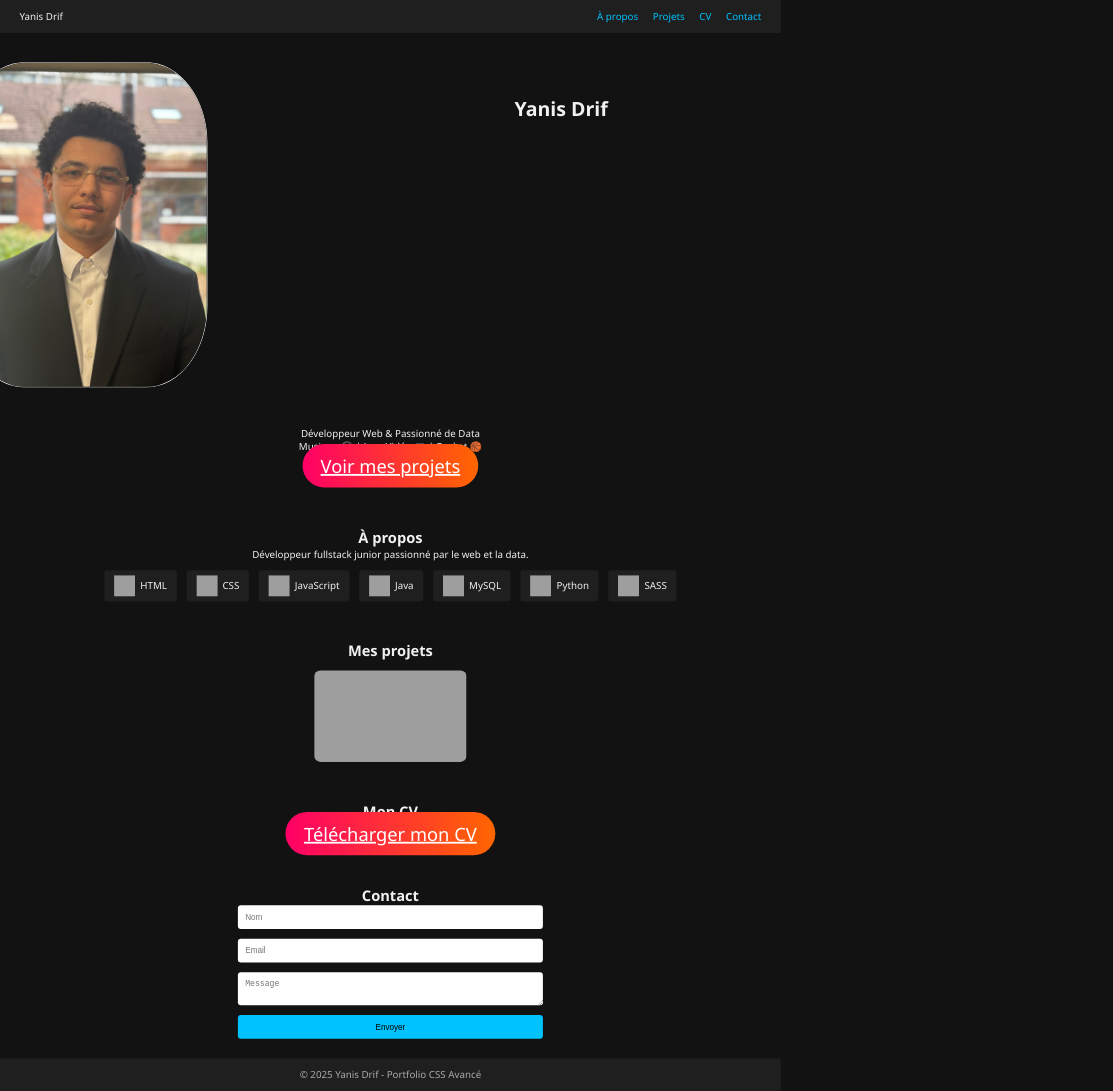
Repository: Yxniiss/ProjetCssAvance
Page: OneDrive/Bureau/Portfolio DrifYanis/home.html
These files come from the project's save history. The page is drawn as it stood at one moment and after the next save; the edit follows.
The browser window is 1280 px wide. The page is 1544 px wide, then 1824 px, then 1544 px, so the pictures cover 1824 px, including what lies to the right of the window. The pictures show the whole page, at 61% of full size.
Pictures or frames that could not be fetched are drawn as grey boxes.

Above is the page before, as saved 2025-04-10 10:30:07.
Console error: TypeError: Cannot set properties of null (setting 'textContent')

### OneDrive/Bureau/Portfolio DrifYanis/home.html
<!DOCTYPE html>
<html lang="fr">
<head>
  <meta charset="UTF-8" />
  <meta name="viewport" content="width=device-width, initial-scale=1.0" />
  <title>Portfolio - Yanis Drif</title>
  <link rel="stylesheet" href="/style.css" />
  <script defer src="/script.js"></script>
</head>
<body>
  <nav class="navbar">
    <div class="logo">Yanis Drif</div>
    <ul class="nav-links">
      <li><a href="#apropos">À propos</a></li>
      <li><a href="#projets">Projets</a></li>
      <li><a href="#cv">CV</a></li>
      <li><a href="#contact">Contact</a></li>
    </ul>
  </nav>

  <header class="hero">
    <div class="hero__content">
      <img src="/image/IMG_0965 (2).jpeg" alt="Photo de profil" class="hero__image" />
      <h1 class="hero__name">Yanis Drif</h1>
      <p class="hero__tagline">Développeur <span>Web</span> & Passionné de Data</p>
      <p class="hero__desc">Musique 🎧 | Jeux Vidéo 🎮 | Basket 🏀</p>
      <a href="#projets" class="btn">Voir mes projets</a>
    </div>
  </header>

  <section id="apropos" class="section about">
    <h2>À propos</h2>
    <p>Développeur fullstack junior passionné par le web et la data.</p>
    <div class="skills">
      <div class="skill"><img src="https://devicon-website.vercel.app/api/html5/original-wordmark.svg" alt="HTML">HTML</div>
      <div class="skill"><img src="https://devicon-website.vercel.app/api/css3/original-wordmark.svg" alt="CSS">CSS</div>
      <div class="skill"><img src="https://devicon-website.vercel.app/api/javascript/original.svg" alt="JavaScript">JavaScript</div>
      <div class="skill"><img src="https://devicon-website.vercel.app/api/java/original-wordmark.svg" alt="Java">Java</div>
      <div class="skill"><img src="https://devicon-website.vercel.app/api/mysql/plain-wordmark.svg" alt="MySQL">MySQL</div>
      <div class="skill"><img src="https://devicon-website.vercel.app/api/python/original-wordmark.svg" alt="Python">Python</div>
      <div class="skill"><img src="https://devicon-website.vercel.app/api/sass/original.svg" alt="SASS">SASS</div>
    </div>
  </section>

  <section id="projets" class="section projets">
    <h2>Mes projets</h2>
    <div class="projects carousel">
      <img src="img/Capture d'écran 2025-04-09 23345.png" alt="Projet 1"/>
      <img src="/img/Capture d'écran 2025-04-09 12402 (1).png" alt="Projet 2" />
      <img src="/img/ChatGPT Image 9 avr. 2025, 23_49_51.png" alt="Projet 3" />
    </div>
  </section>

  <section id="cv" class="section cv">
    <h2>Mon CV</h2>
    <a href="/doc/CV Yanis (1) (1).pdf" download class="btn">Télécharger mon CV</a>
  </section>

  <section id="contact" class="section contact">
    <h2>Contact</h2>
    <form class="contact-form">
      <input type="text" placeholder="Nom" required />
      <input type="email" placeholder="Email" required />
      <textarea placeholder="Message" required></textarea>
      <button type="submit">Envoyer</button>
    </form>
  </section>

  <footer>
    <p>&copy; 2025 Yanis Drif - Portfolio CSS Avancé</p>
  </footer>
</body>
</html>

### OneDrive/Bureau/Portfolio DrifYanis/style.css
* {
    margin: 0;
    padding: 0;
    box-sizing: border-box;
  }

  body {
    font-family: "Segoe UI", sans-serif;
    background-color: #121212;
    color: #f1f1f1;
  }

  .navbar {
    display: flex;
    justify-content: space-between;
    padding: 1rem 2rem;
    background-color: #1f1f1f;
  }

  .nav-links {
    display: flex;
    list-style: none;
    gap: 1.5rem;
  }

  .nav-links a {
    color: #00c2ff;
    text-decoration: none;
  }

  .hero {
    padding: 3rem 1rem;
    text-align: center;

  }

  .hero__name{
    position: relative;
    left: 280px;
    bottom:500px;

  }

  .hero__image {
    border-radius: 25%;
    width: 400px;
    border: 1px solid #ffffff;
    margin-bottom: 1rem;
    position: relative;
    right:500px ;
  }

  .section {
    padding: 2rem 1rem;
    text-align: center;
  }

  .projects {
    display: flex;
    justify-content: center;
    gap: 1rem;
    flex-wrap: wrap;
    margin-top: 1rem;
  }

  .projects img {
    width: 250px;
    height: 150px;
    -o-object-fit: cover;
       object-fit: cover;
    border-radius: 10px;
  }

  .skills {
    display: flex;
    flex-wrap: wrap;
    gap: 1rem;
    justify-content: center;
    margin-top: 1rem;
  }

  .skill {
    display: flex;
    align-items: center;
    gap: 0.5rem;
    background-color: #1f1f1f;
    padding: 0.5rem 1rem;
    border-radius: 5px;
  }

  .skill img {
    width: 35px;
    height: 35px;
  }

  footer {
    padding: 1rem;
    text-align: center;
    background-color: #1f1f1f;
    color: #aaa;
  }

  .btn {
    padding: 15px 30px;
    font-size: 30px;
    color:white;
    background: linear-gradient(90deg, #ff0066, #ff6600);
    border:none;
    border-radius: 50px;
    cursor: pointer;
    box-shadow: 0 4px 15px rgba(255,0,102,0);
    transition: box-shadow 0.3s ease, transform 0.3s ease;
  }

  .btn:hover{
    box-shadow: 0 10px 20px rgba(255,0,102,0.5);
    transform: translateY(-3px);
  }

  .contact-form {
    max-width: 500px;
    margin: auto;
    display: flex;
    flex-direction: column;
    gap: 1rem;
  }

  .contact-form input,
  .contact-form textarea {
    padding: 0.75rem;
    border: none;
    border-radius: 5px;
  }

  .contact-form button {
    background-color: #00c2ff;
    color: #000;
    padding: 0.75rem;
    border: none;
    border-radius: 5px;
    cursor: pointer;
  }

  .start h1{
    text-align: left;
    margin-top: 100px;
    font-size: 35px;
    margin-left: 100px;
  }

  .start h2{
    text-align: left;
    margin-top: 1px;
    font-size: 70px;
    margin-left: 100px;
  }

  .start h3{
    text-align: left;
    margin-top: 1px;
    font-size: 35px;
    margin-left: 100px;
  }

  #mot {
    color:#00c2ff;
  }

  #cursor{
    display: inline-block;
    width: 10px;
    background-color:black;
    animation: blink 0.8s step-end infinite;
  }

  @keyframes blink{
    50% {
      opacity: 0;
    }
  }

  @keyframes typing{
    from{
      width: 0;
    }
    to{
      width: 100%;
    }
  }

  #main{
    opacity: 0;
    transform: translateY(0);
    transition: opacity 5s ease, transform 5s ease;
  }

  body.loaded #main{
    opacity: 1;
    transform: translateY(0);
  }


  .start p{
    text-align: left;
    margin-left: 100px;
    margin-top: 20px;
    font-size: 20px;
  }

  .ntwrks {
    position: absolute;
    top: 410px;
    left: 110px;
    display: flex;
    flex-wrap: wrap;
    gap: 1rem;
  }

  .ntwrk {
    display: flex;
    align-items: center;
    gap: 0.5rem;
    background-color: #1f1f1f;
    padding: 1rem 1rem;
    border-radius: 100px;
    transition: 0.3s ease, opacity 0.3s ease;
  }

  .ntwrk:hover{
    transform: scale(1.2);
    opacity: 0.8;
  }

  .ntwrk img {
    width: 30px;
    height: 30px;
  }

  .modern-button{
    background-color:#00c2ff;
    font-size: 16px;
    font-weight: bold;
    border:none;
    padding: 15px 30px;
    border-radius: 25px;
    cursor: pointer;
    outline: none;
    position: relative;
    right:550px;
    top:120px;
    animation:glow 1.5s infinite alternate;
    transition: 0.3s ease, opacity 0.3s ease;
  }

  .modern-button a{
    color:white;
    text-decoration: none;
  }

  .modern-button:hover{
    transform: scale(1.2);
    opacity: 1;
  }

  @keyframes glow{
    0%{
      box-shadow: 0 0 10px 5px rgba(0, 194, 255, 0.6), 0 0 20px 10px rgba(0, 194, 255, 0.4);
    }
    100%{
      box-shadow: 0 0 20px 10px rgba(0, 194, 255, 1), 0 0 30px 15px rgba(0, 194, 255, 0.8);
    }
  }

  .image{
    max-width: 30%;
    position: relative;
    bottom: 350px;
    left: 350px;
  }

### OneDrive/Bureau/Portfolio DrifYanis/script.js

document.addEventListener('DOMContentLoaded', () => {
    // Scroll fluide
    document.querySelectorAll('a[href^="#"]').forEach(anchor => {
      anchor.addEventListener('click', function (e) {
        e.preventDefault();
        const target = document.querySelector(this.getAttribute('href'));
        if (target) {
          target.scrollIntoView({ behavior: 'smooth' });
        }
      });
    });

    // Carrousel automatique
    const images = document.querySelectorAll('.carousel img');
    let currentIndex = 0;

    function showSlide(index) {
      images.forEach((img, i) => {
        img.style.display = i === index ? 'block' : 'none';
      });
    }

    function nextSlide() {
      currentIndex = (currentIndex + 1) % images.length;
      showSlide(currentIndex);
    }

    if (images.length > 0) {
      showSlide(currentIndex);
      setInterval(nextSlide, 3000); // change every 3 seconds
    }
  });

  const mot = ["Etudiant", "Developpeur web", "Pasionné de code","Developpeur fullstack"];
  let index = 0;
  const element = document.getElementById("mot");
  const cursor = document.getElementById("cursor");

  let typingInterval;
  let currentWord = "";
  let currentCharIndex = 0;

  function  commencerTypingAnimation(){
    currentWord=mot[index];
    currentCharIndex = 0;
    element.textContent = '';

    typingInterval = setInterval(() =>{
      element.textContent += currentWord.charAt(currentCharIndex);
      currentCharIndex++;

      if(currentCharIndex === currentWord.length){
        clearInterval(typingInterval);
        setTimeout(changerMot,1000);
      }
    },150);
  }

  function changerMot(){
    element.textContent=mot[index];
    index++;
    if(index===mot.length){
      index=0;
    }
    commencerTypingAnimation();
  }
  commencerTypingAnimation();

  window.addEventListener('load', function () {
    document.body.classList.add('loaded');
  });

After the next save:
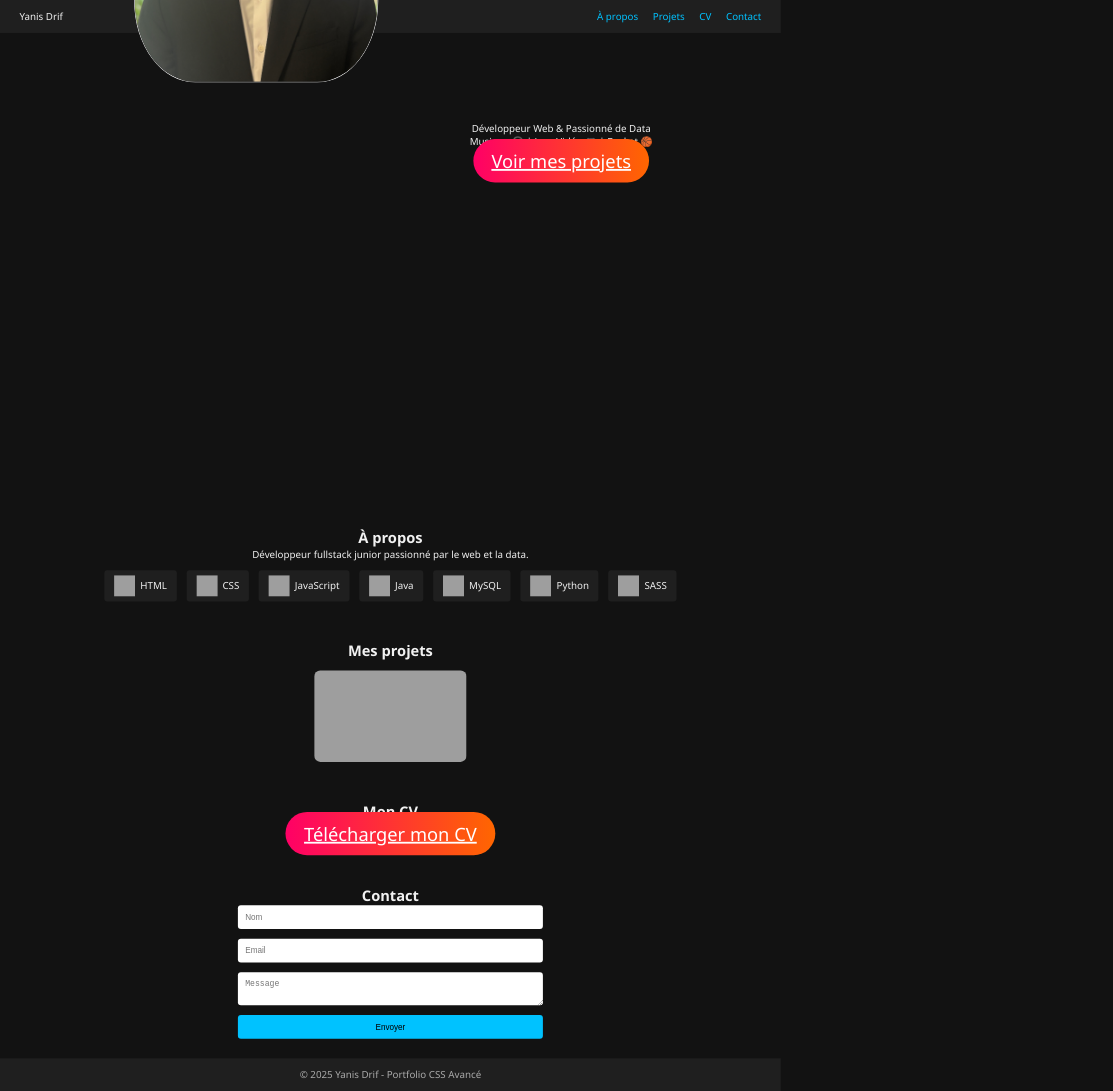
Saved 36 s later.
--- a/OneDrive/Bureau/Portfolio DrifYanis/style.css
+++ b/OneDrive/Bureau/Portfolio DrifYanis/style.css
@@ -39,6 +39,12 @@
     left: 280px;
     bottom:500px;
 
+  }
+
+  .hero__content{
+    position: relative;
+    left: 280px;
+    bottom:500px;
   }
 
   .hero__image {

After the save that followed:
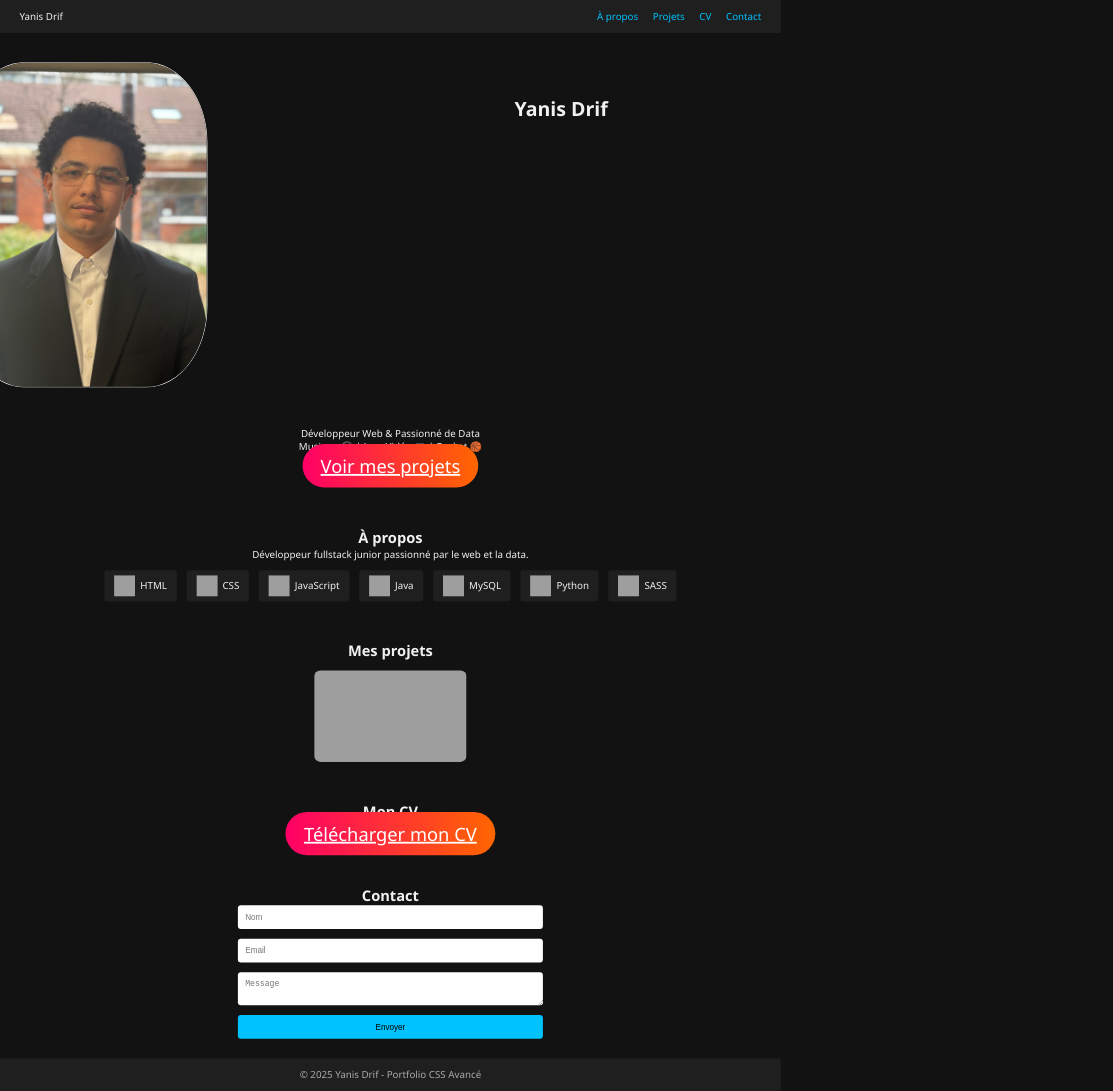
Saved 9 s later.
--- a/OneDrive/Bureau/Portfolio DrifYanis/style.css
+++ b/OneDrive/Bureau/Portfolio DrifYanis/style.css
@@ -42,9 +42,7 @@
   }
 
   .hero__content{
-    position: relative;
-    left: 280px;
-    bottom:500px;
+
   }
 
   .hero__image {
